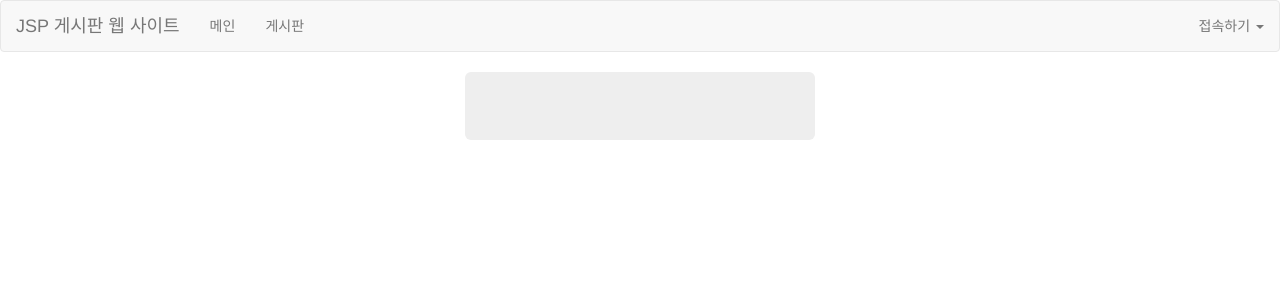
Repository: TheChok/BbsClone
Page: http://localhost/BBS/join.jsp
An editor plug-in stored every save of this project. The page is shown before and after the next save, followed by the edit.
The browser window is 1280 px wide. The pictures show the whole page.
Some web libraries are served in a nearby version. The page is served by Tomcat 9.

Above is the page before, as saved 2023-09-20 11:57:00.

After the next save:
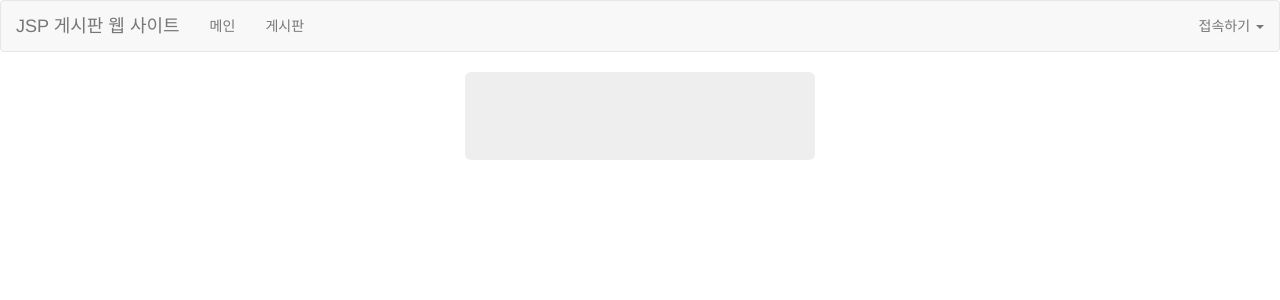
Saved 74 s later.
--- a/BBS/src/main/webapp/join.jsp
+++ b/BBS/src/main/webapp/join.jsp
@@ -55,7 +55,7 @@
 		<div class="col-lg-4">
 			<div class="jumbotron" style="padding-top:20px;">
 				<form method="post" action="loginAction.jsp">
-
+					<h3 style="text-aligh:center;"></h3>
 				</form>
 			</div>
 		</div>
